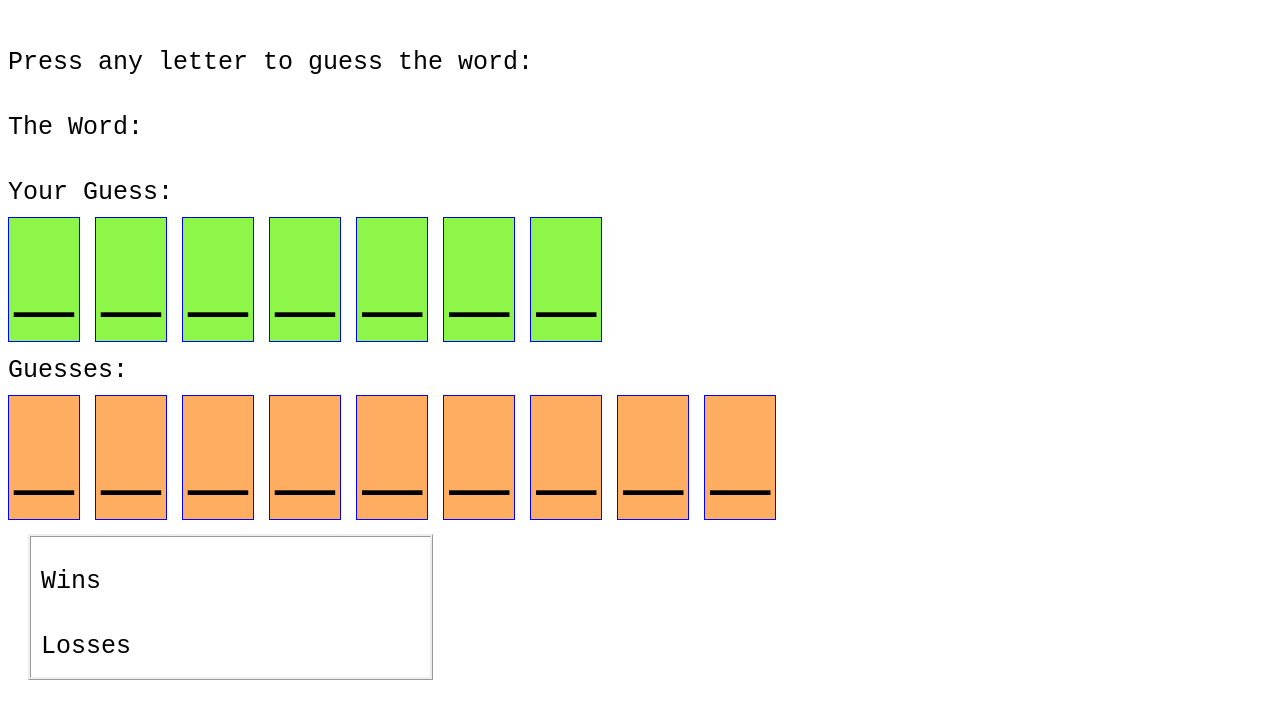
Repository: dsaftler/JavaScript
Page: index.html
These files come from the project's save history. The page is drawn as it stood at one moment and after the next save; the edit follows.
The browser window is 1280 px wide. The pictures show the whole page.

Above is the page before, as saved 2019-03-30 22:48:08.

### index.html
<!DOCTYPE html>
<html lang="en">
<head>
  <meta charset="UTF-8">
  <meta name="viewport" content="width=device-width, initial-scale=1.0">
  <meta http-equiv="X-UA-Compatible" content="ie=edge">
  <link href="https://fonts.googleapis.com/css?family=Ubuntu+Mono" rel="stylesheet">
  <link rel="stylesheet" href="assets\css\style.css">

  <title>JavaScript Hangman Game</title>
</head>
<body>
    <div class="container showtext">
        <div class="instructions showtext">Press any letter to guess the word: </div>
        <span width: 50%>
         <div class="word showtext">The Word:</div>
         <div id="correctWord" class="floater"></div>
        </span>
         <div id="curGuess" class="word showtext">Your Guess: </div>
         <div class="letter match" id="chr_0">_</div>
         <div class="letter match" id="chr_1">_</div>
         <div class="letter match" id="chr_2">_</div>
         <div class="letter match" id="chr_3">_</div>
         <div class="letter match" id="chr_4">_</div>
         <div class="letter match" id="chr_5">_</div>
         <div class="letter match" id="chr_6">_</div>


        <div class="guesses showtext" id="showRemaining">Guesses: </div>

        <div class="letter guessed" id="guess_0">_</div>
        <div class="letter guessed" id="guess_1">_</div>
        <div class="letter guessed" id="guess_2">_</div>
        <div class="letter guessed" id="guess_3">_</div>
        <div class="letter guessed" id="guess_4">_</div>
        <div class="letter guessed" id="guess_5">_</div>
        <div class="letter guessed" id="guess_6">_</div>
        <div class="letter guessed" id="guess_7">_</div>
        <div class="letter guessed" id="guess_8">_</div>


      <div class="score">
      <div class="showtext" id="showWins">Wins</div>
      <div class="showtext" id="showLosses">Losses</div>
      </div>
    </div>

    <script type="text/javascript" src="assets/javascript/game.js"></script>


</body>
</html>

### assets/css/style.css
body {font-family: 'Ubuntu+Mono',monospace, sans-serif;
font-weight: 400}
.showtext {height:35px;
padding: 20px 0 10px;
font-size: 25px;}
.letter {font-size: 100px;
  display: inline;
  padding: 5px;}
.match {
  border: 1px solid blue;
  background-color: rgb(142, 245, 73)}
.guessed {
  font-weight: 100;
  border: 1px solid blue;
  background-color: rgb(255, 173, 96)}
.floater {
  float: left
}
.score{
  margin-top: 20px;
  margin-left: 20px;
  padding:10px;
  height:120px;
  width: 30%;
  border-style: ridge}

### assets/javascript/game.js

// Variables
var wordArr
var cntWins,
  curCntGuess,
  ltr_0,
  ltr_1,
  ltr_2,
  ltr_3,
  ltr_4,
  ltr_5,
  ltr_6;

 var ltrTried_0,
  ltrTried_1,
  ltrTried_2,
  ltrTried_3,
  ltrTried_4,
  ltrTried_5,
  ltrTried_6,
  ltrTried_7,
  ltrTried_8,
  ltrTried_9 ;

var maxGuesses=9,
   cntWins=0,
   cntLosses=0;
var userGuess;
// within the game
// while wordArr.length>0
//while (wordArr.length>0) {
var curPtr,curCntGuess,
  curLetter,curWord,myWord,
  badGuess, curWordArr,builtWord,
  isFound,
  curPtr=0,
  firstTime=true;

  console.log('firstTime:' +firstTime)
  wordArr= ["unicorn","griffin","dragon","mermaid","centaur","pegasus"];
initGame();

document.onkeypress = function(event){
  isFound=false
  // Determines which key was pressed.
  var userGuess = event.key;
  userGuess=userGuess.toLowerCase()
  console.log("userGuess: "+userGuess);
  // is userGuess already in badGuess
  showValue("curGuess",userGuess);

  for (let i=0; i<badGuess.length; i++) {
        //See if that letter was already chosen by parsing badGuess
    if (badGuess[i]===userGuess){
      alert("You alread guessed "+userGuess)
      isFound=true
    }
  }
                //see if it's in the target word
                // for every letter in curWord, see if that letter exists at that index  charAt(index)
  console.log("curWordArr "+curWordArr)
  if (!isFound)
  {
    for (let i=0; i<curWordArr.length; i++)
    {
                  //if index [j]is blank and matches our guess

      if (curWordArr[i]===userGuess)
      {
        console.log("curWordArr "+i+'='+curWordArr[i])
        builtWord[i]=userGuess
                 //set getElementId for that index (see if I can create a variable "ltr_"+(toString([j]))
        //id="chr_0"
        el='chr_'+i
        showValue(el,userGuess)
        //getElementById(el).textContent:userGuess;
        isFound=true
      }
    }
  }
  if (!isFound)
  {
    el="guess_"+badGuess.length;
    showValue(el,userGuess)  ;
    // push to badGuess
      badGuess.push(userGuess);
      console.log("badGuess: "+badGuess)
      curCntGuess++
      console.log("curCntGuess :" +curCntGuess)
      // push content for ltrTried ids
      // show content for badguesses
  }



  if (curCntGuess>=maxGuesses){
      //alert('You lost')
      cntLosses;
      showValue("showLosses",cntLosses)
      showValue("correctWord",curWord)
      showValue("curGuess",'')
      nextWord()
  } else {
    if (collapseArray()===curWord){
      alert("You won")
      cntWins++;
      showValue("showWins",cntWins)
      showValue("curGuess",'')
      nextWord()
    } else {
      myWord=''
    }
  }

}


function initGame(){
  allLetters = document.querySelectorAll('.letter');
  allLetters.forEach(element => {
    element.textContent = '_';
  });
  curCntGuess = 0;
  curLetter="";
  curWord="";
  myWord="";
  badGuess = [];
  curWordArr=[];
  builtWord=[];
  console.log("WordArr aft: "+wordArr)
  console.log("wordArr.length: "+wordArr.length)
  curPtr=getRandomPtr(wordArr.length); //0
  console.log("curPtr: "+curPtr)
  //curWordArr = array the word at that index
  curWord=wordArr[curPtr];   //unicorn
  console.log("curWord: "+curWord)
  for (let i=0; i<curWord.length; i++){
    myLetter=curWord.charAt([i]);
    //console.log(myLetter);
    curWordArr.push(myLetter);
  }
  //clear the ltrTried & ltr elements
  //console.log(curPtr);
  //console.log(curWord);
  console.log("curWordArr "+curWordArr)
}

function nextWord(){
  console.log("Word Arr b4: " +wordArr)
  wordArr.splice(curPtr,1)
  // var newArr=Array.from(wordArr)
  // console.log("WordArr aft: "+wordArr)
  // console.log("newArr aft: "+newArr)
  // console.log("wordArr.length: "+wordArr.length)
  // console.log("newArr length: "+newArr.length)
  // wordArr=[];
  // wordArr=Array.from(newArr)
  // console.log("WordArr from newArr: "+wordArr)
  // console.log("wordArr.length: "+wordArr.length)

  if (wordArr.length===0){
    alert("End of Game")
  }else{
    initGame()
  }
}
function showValue(thisId,thisValue){
  var target=document.getElementById(thisId);
  console.log(thisValue)
  console.log(thisId)
  target.innerHTML=thisValue;
}
function addValue(thisId,thisValue){
  var target=document.getElementById(thisId);
  target.innerHTML=target.innerHTML+thisValue;
}
function collapseArray(){

  for (let k=0; k<builtWord.length; k++) {
    localVal=builtWord[k]
    if (typeof(localVal)!='undefined') {
   // console.log("myWord length: "+myWord.length+ " K is "+localVal)
    myWord=myWord+localVal
   //console.log("myWord "+myWord)
    }
  }
  return myWord
}


function getUserGuess() {
  var userGuess= document.getElementById("getKeyPress");
  userGuess=userGuess.toLowerCase();


  }



function getRandomPtr(max) {
      return Math.floor(Math.random() * Math.floor(max));
      // this will return 0 through max-1
}
function getRandomInt(max) {
  return getRandomPtr(max)+1
  // this will return 1 through max
}

After the next save:
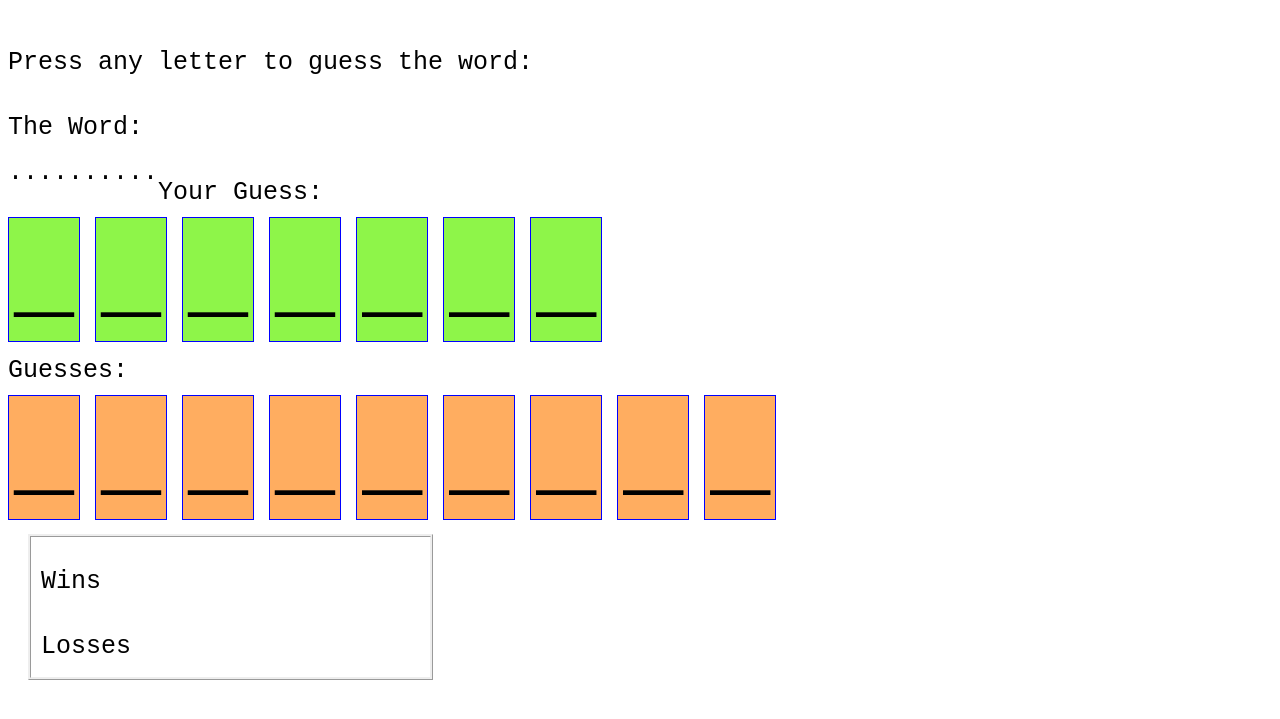
Saved 4 min 26 s later.
--- a/index.html
+++ b/index.html
@@ -12,10 +12,10 @@
 <body>
     <div class="container showtext">
         <div class="instructions showtext">Press any letter to guess the word: </div>
-        <span width: 50%>
+        <div width: 50%>
          <div class="word showtext">The Word:</div>
-         <div id="correctWord" class="floater"></div>
-        </span>
+         <div id="correctWord" class="floater">..........</div>
+        </div>
          <div id="curGuess" class="word showtext">Your Guess: </div>
          <div class="letter match" id="chr_0">_</div>
          <div class="letter match" id="chr_1">_</div>
